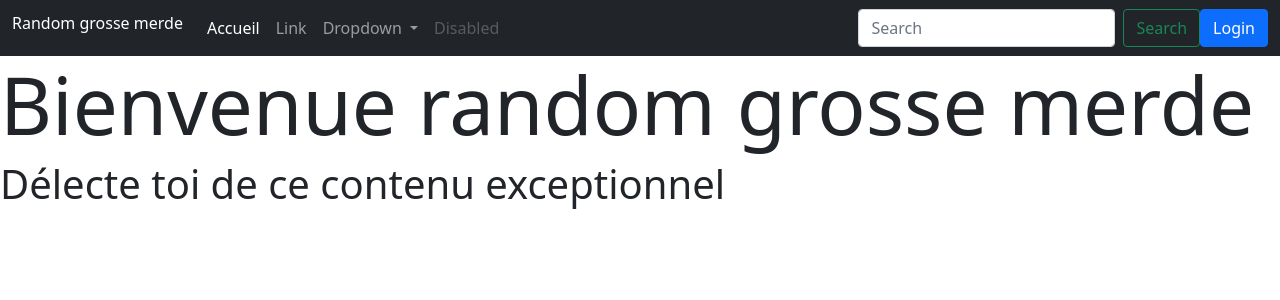
Repository: Mini-T/php-propre
Page: http://localhost/Accueil.php
These files come from the project's save history. The page is drawn as it stood at one moment and after the next save; the edit follows.
The browser window is 1280 px wide. The pictures show the whole page.
The page is run by PHP 8.4 with error messages shown; the project is at /var/www/html/. Queries for data that is not in the repository find no rows.

Above is the page before, as saved 2021-03-11 13:38:06.

### proj/Accueil.php

<?php require_once("include/header.inc.php")?>
<div id="page">

    <h1 class="display-1 bienvenue"> Bienvenue <?php if(isset($_SESSION['username'])){
        echo $_SESSION['username'] ?> </h1>
    <?php } else {
        echo "random grosse merde";
    } ?>
    <h4 class="display-6 sub">Délecte toi de ce contenu exceptionnel </h2>
</div>
<br>
<div class="affichage">
    <?php
    $affichage = $pdo->query("SELECT * FROM joke");
    while ($fetchaffi = $affichage->fetch(PDO::FETCH_OBJ)) { ?>
        <div class="card" style="width: 18rem;">

            <div class="card-body">
                <h5 class="card-title"><?php echo $fetchaffi->utilisateur ?></h5>
                <h6 class="display-6" style="font-size: 15px;"><?php echo $fetchaffi->date, $fetchaffi->heure ?> </h6>
                <p class="card-text"><?php $fetchaffi->content?></p>
                <a href="#" class="btn btn-primary">Go somewhere</a>
                <form action="#" method="POST">
                    <button id="upvote" type="submit" value = 1 name="upvote" >up</button>
                </form>
                <?php
                $upvoteplusun = (int)$_POST['upvote'];
                var_dump($upvoteplusun);
                // $queryupvote = $pdo->
                echo $fetchaffi->id

                ?>
            </div>
        </div>



    <?php } ?>










</div>
<?php require_once("include/footer.inc.php"); ?>

### proj/include/header.inc.php
<!DOCTYPE html>
<html lang="en">

<head>
    <meta charset="UTF-8">
    <meta http-equiv="X-UA-Compatible" content="IE=edge">
    <meta name="viewport" content="width=device-width, initial-scale=1.0">
    <title>Document</title>
    <script src="vendors/js/bootstrap.js"></script>
    <link rel="stylesheet" href="vendors/css/bootstrap.css">
    <link rel="custom" href="/additional-css/FormRegister.css">


    <?php
    require_once 'init/pdo.init.php';
    require_once 'function.php';
    if(isset($_COOKIE['PHPSESSID'])){
        session_start();
    } else {


        if (isset($_COOKIE['stillconnect'])) {
            if (!isset($_SESSION)) {
                session_start();
                $_SESSION['username'] = $_COOKIE['stillconnect'];
                $thatuser = $_SESSION['username'];
                setcookie('stillconnect', $thatuser, time() + 31536000);
            }
        }
    }

    ?>
</head>

<body>

    <nav class="navbar navbar-expand-lg navbar-dark bg-dark">
        <div class="container-fluid">
            <a class="navbar-brand" href="#">
                <?php if (isset($_SESSION['username'])) { ?>
                    <h6 id="navign"> <?php echo $_SESSION['username'] ?></h6>
                <?php } else{ ?>
                    <h6 id="navign"> <?php echo 'Random grosse merde' ?></h6>
               <?php } ?>
            </a>
            <button class="navbar-toggler" type="button" data-bs-toggle="collapse" data-bs-target="#navbarSupportedContent" aria-controls="navbarSupportedContent" aria-expanded="false" aria-label="Toggle navigation">
                <span class="navbar-toggler-icon"></span>
            </button>
            <div class="collapse navbar-collapse" id="navbarSupportedContent">
                <ul class="navbar-nav me-auto mb-2 mb-lg-0">
                    <li class="nav-item">
                        <a class="nav-link active" aria-current="page" href="./Accueil.php">Accueil</a>
                    </li>
                    <li class="nav-item">
                        <a class="nav-link" href="#">Link</a>
                    </li>
                    <li class="nav-item dropdown">
                        <a class="nav-link dropdown-toggle" href="#" id="navbarDropdown" role="button" data-bs-toggle="dropdown" aria-expanded="false">
                            Dropdown
                        </a>
                        <ul class="dropdown-menu" aria-labelledby="navbarDropdown">
                            <li><a class="dropdown-item" href="#">Action</a></li>
                            <li><a class="dropdown-item" href="#">Another action</a></li>
                            <li>
                                <hr class="dropdown-divider">
                            </li>
                            <li><a class="dropdown-item" href="#">Something else here</a></li>
                        </ul>
                    </li>
                    <li class="nav-item">
                        <a class="nav-link disabled" href="#" tabindex="-1" aria-disabled="true">Disabled</a>
                    </li>
                </ul>


                <form class="d-flex">
                    <input class="form-control me-2" type="search" placeholder="Search" aria-label="Search">
                    <button class="btn btn-outline-success" type="submit">Search</button>

                </form>
                <?php if (isset($_SESSION['username'])) { ?>
                    <form action="#" method="POST">
                        <button class="btn btn-primary Logout" value = 1 type="submit" name="Logout"><a id="logout" style="text-decoration: none; color:white;" href="./Logout.php" >Logout</a></button>
                        </form>
                        <?php } else { ?>
                        <form action="/proj/FormLogin.php" method="post">
                            <input type="submit" value="Login" class="btn btn-primary Login" name="Login" /></form>
                    <?php } ?>


            </div>
        </div>
    </nav>
    <div class="main">

### proj/include/init/pdo.init.php
<?php try {
    $pdo = new PDO("mysql:host=localhost;dbname=réseau", "root", "");

    $pdo->setAttribute(PDO::ATTR_ERRMODE, PDO::ERRMODE_EXCEPTION);
} catch (PDOException $e) {

    echo "Connection failed: " . $e->getMessage();
}
?>

### proj/include/function.php
<?php
function InputCompletionCheck($a, $b, $c, $a1, $b1, $c1) {
   if (empty($a)) {

    echo "veuillez rentrer votre $a1";

} elseif (empty($b)) {

    echo "veuillez rentrer votre $b1 ça sert des fois";

} elseif (empty($c)) {

    echo "veuillez définir votre $c1 c'est important en vrai";

}
} ?>

Loaded but not shown: proj/include/footer.inc.php (common file); proj/vendors/js/bootstrap.js (library); proj/vendors/css/bootstrap.css (library)

After the next save:
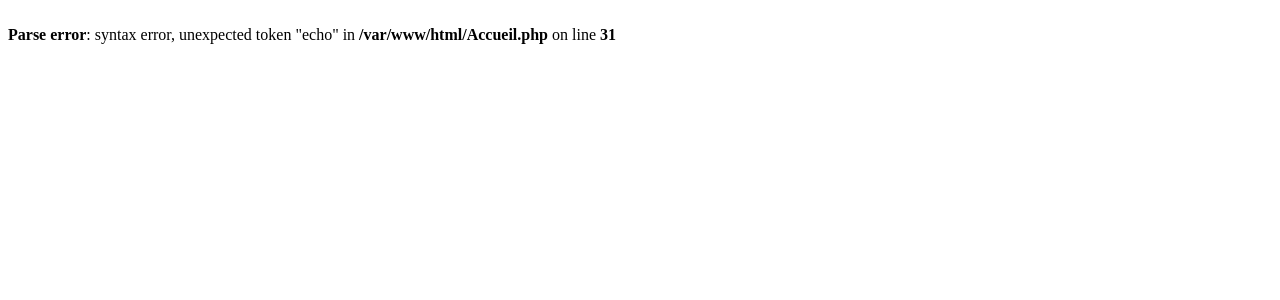
Saved 29 s later.
--- a/proj/Accueil.php
+++ b/proj/Accueil.php
@@ -27,7 +27,7 @@
                 <?php
                 $upvoteplusun = (int)$_POST['upvote'];
                 var_dump($upvoteplusun);
-                // $queryupvote = $pdo->
+                $queryupvote = $pdo->exec("UPDATE")
                 echo $fetchaffi->id
 
                 ?>

After the save that followed:
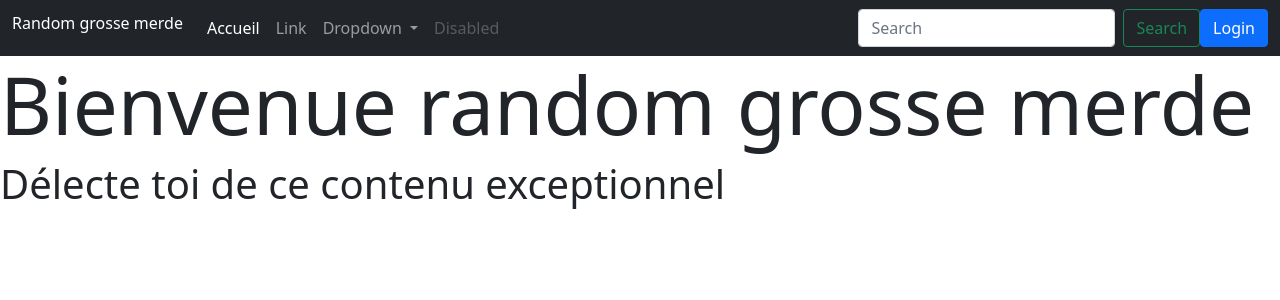
Saved 6 min 48 s later.
--- a/proj/Accueil.php
+++ b/proj/Accueil.php
@@ -25,10 +25,13 @@
                     <button id="upvote" type="submit" value = 1 name="upvote" >up</button>
                 </form>
                 <?php
-                $upvoteplusun = (int)$_POST['upvote'];
-                var_dump($upvoteplusun);
-                $queryupvote = $pdo->exec("UPDATE")
-                echo $fetchaffi->id
+                if(!empty($_POST['upvote'])){
+
+                    $upvoteplusun = (int)$_POST['upvote'];
+                    var_dump($upvoteplusun);
+                    $queryupvote = $pdo->exec("UPDATE joke SET upvote = upvote + 1 WHERE id = $fetchaffi->id");
+                    echo $fetchaffi->id;
+                }
 
                 ?>
             </div>
